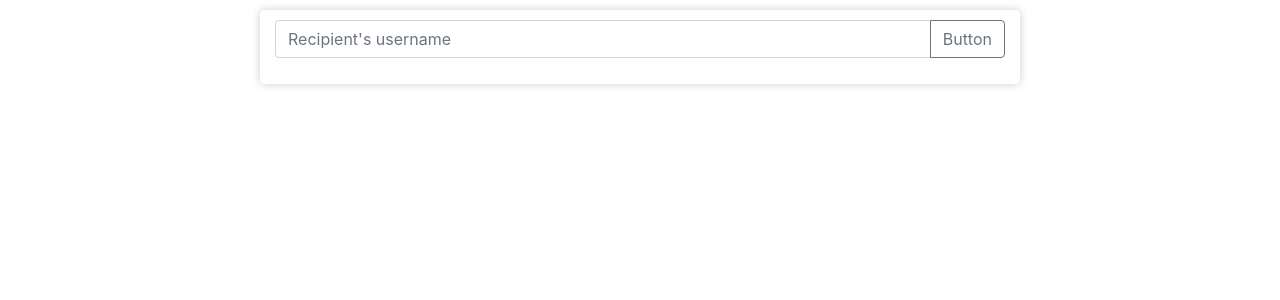
Repository: iian0910/vue3_todoList
Page: /
An editor plug-in stored every save of this project. The page is shown before and after the next save, followed by the edit.
The browser window is 1280 px wide. The pictures show the whole page.
The project was rebuilt for these pictures with package versions that can differ from the ones it lists, and the page was loaded fresh each time.

Above is the page before, as saved 2021-02-23 14:51:42.

After the next save:
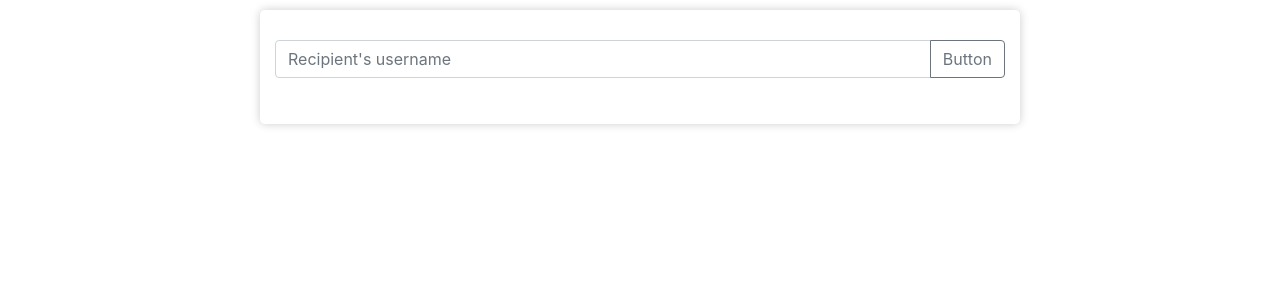
Saved 31 s later.
--- a/src/components/TodoList.vue
+++ b/src/components/TodoList.vue
@@ -19,7 +19,7 @@ export default {
 </script>
 <style lang="scss">
 .content{
-  padding: 10px;
+  padding: 30px;
   margin: 10px auto;
   border-radius: 5px;
   box-shadow: 0px 0px 10px 0px rgba(0, 0, 0, 0.2);
